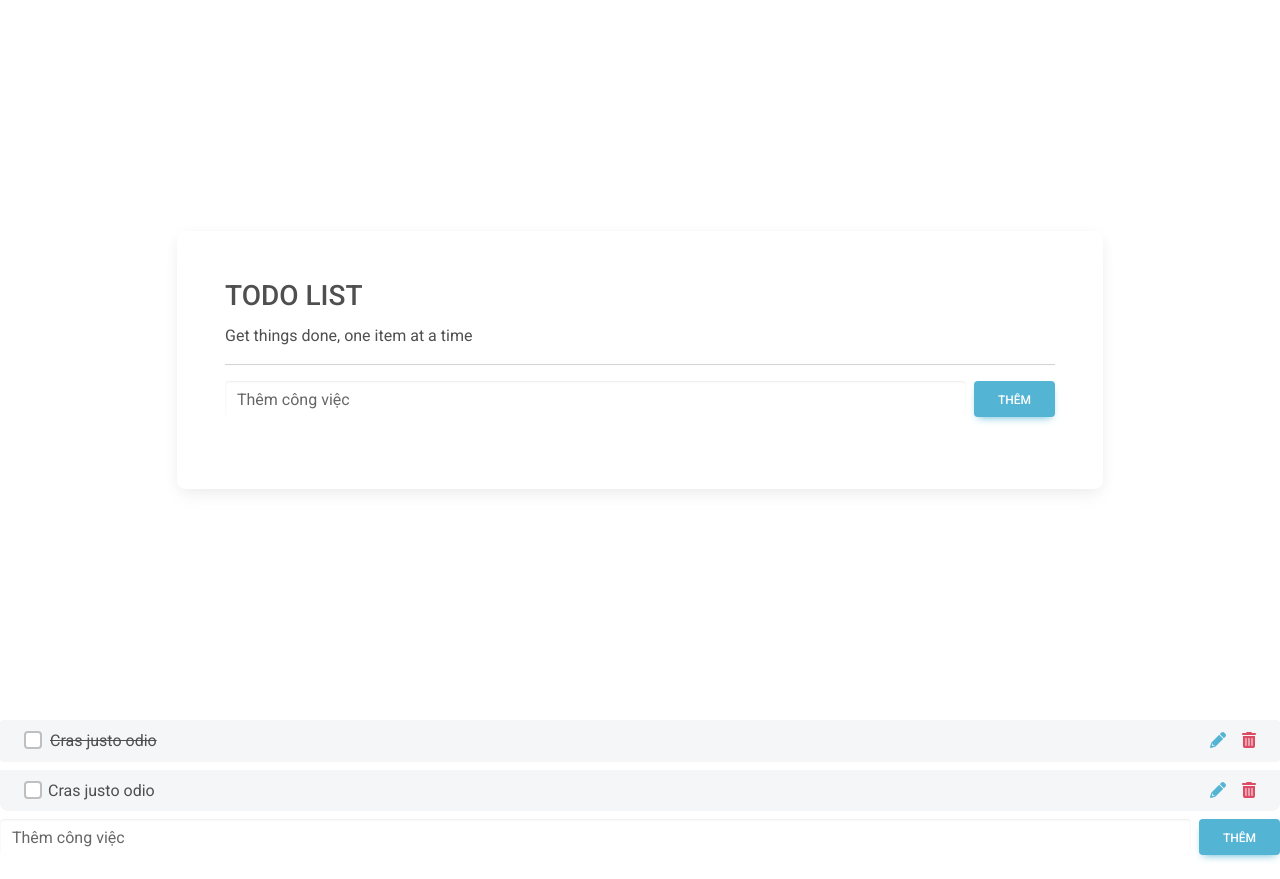
Repository: TinhTT336/MD02_HACKATHON01_HN_JV230620_BS_TranThiTinh_Basic
Page: /
These files come from the project's save history. The page is drawn as it stood at one moment and after the next save; the edit follows.
The browser window is 1280 px wide. The pictures show the whole page.
Some web libraries are served in a nearby version. The project was rebuilt for these pictures with package versions that can differ from the ones it lists, and the page was loaded fresh each time. Also part of the build but not shown: vite.config.js, src/App.css, src/index.css.

Above is the page before, as saved 2023-09-05 10:11:33.

After the next save:
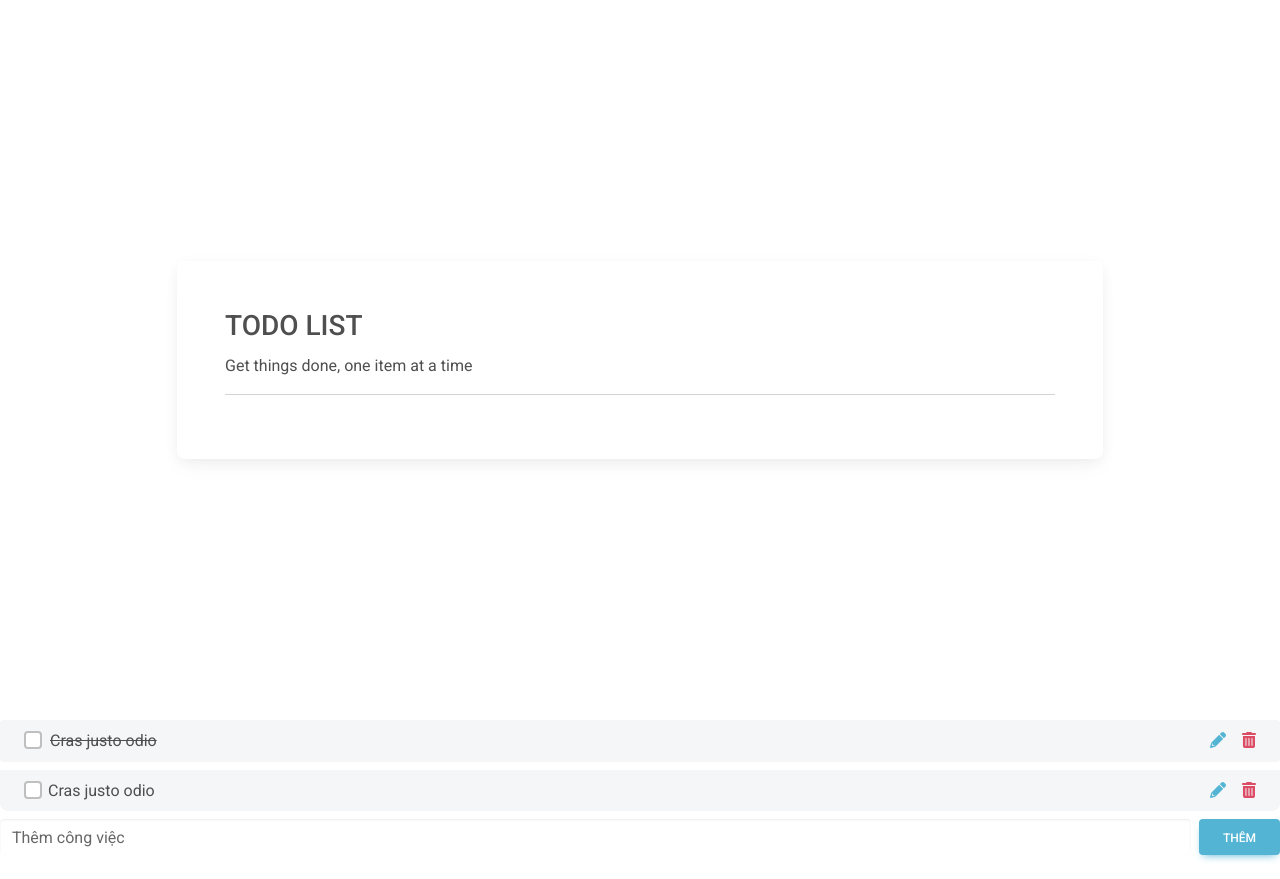
Saved 8 s later.
--- a/src/TodoList/Header.jsx
+++ b/src/TodoList/Header.jsx
@@ -17,24 +17,7 @@ export default function Header() {
                                     </h3>
                                     <p>Get things done, one item at a time</p>
                                     <hr></hr>
-                                    <form
-                                        className="d-flex justify-content-center
-                              align-items-center mb-4"
-                                    >
-                                        <div className="form-outline flex-fill">
-                                            <input type="text" id="form2" className="form-control" />
-                                            <label className="form-label" htmlFor="form2">
-                                                Thêm công việc
-                                            </label>
-                                        </div>
-                                        <button
-                                            type="submit"
-                                            className="btn btn-info
-                                  ms-2"
-                                        >
-                                            Thêm
-                                        </button>
-                                    </form>
+
                                 </div>
                             </div>
                         </div>
